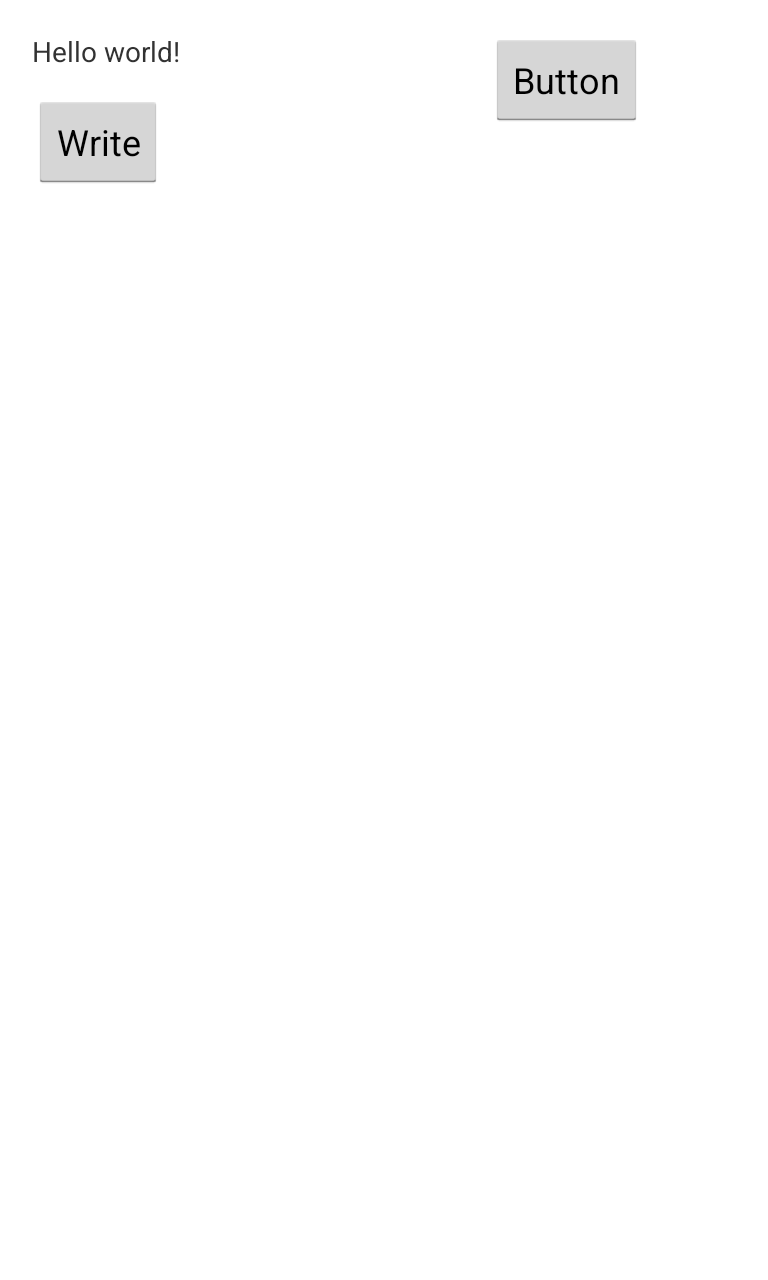
Repository: sparrow1058/nfc
Layout: nfc/res/layout/activity_main.xml
An editor plug-in stored every save of this project. The layout is shown before and after the next save, followed by the edit.
It is drawn on a 768 x 1280 px phone screen (xhdpi) without system bars, with theme AppTheme; the app's code is not run.

Above is the layout before, as saved 2018-06-15 06:52:31.

After the next save:
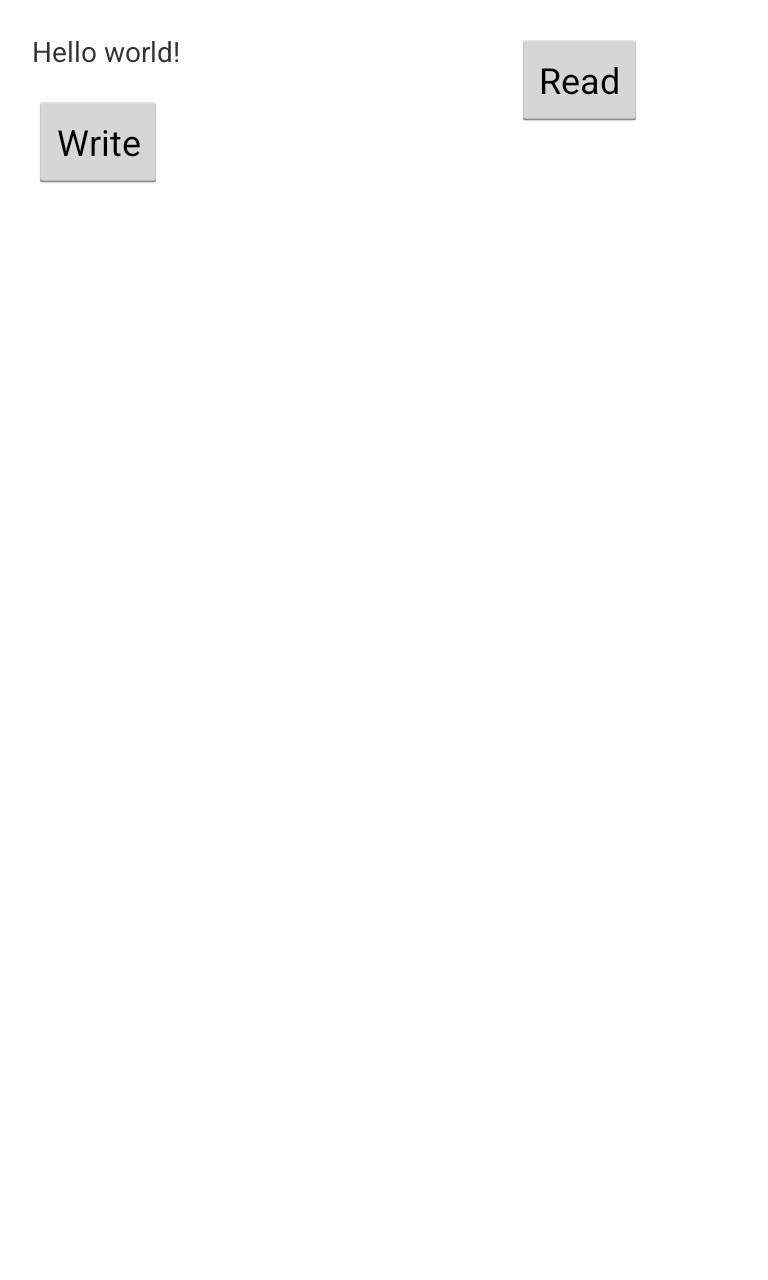
Saved 4 s later.
--- a/nfc/res/layout/activity_main.xml
+++ b/nfc/res/layout/activity_main.xml
@@ -21,7 +21,7 @@
         android:layout_alignParentRight="true"
         android:layout_alignTop="@+id/textView1"
         android:layout_marginRight="46dp"
-        android:text="Button" />
+        android:text="Read" />
 
     <Button
         android:id="@+id/bt_write"
